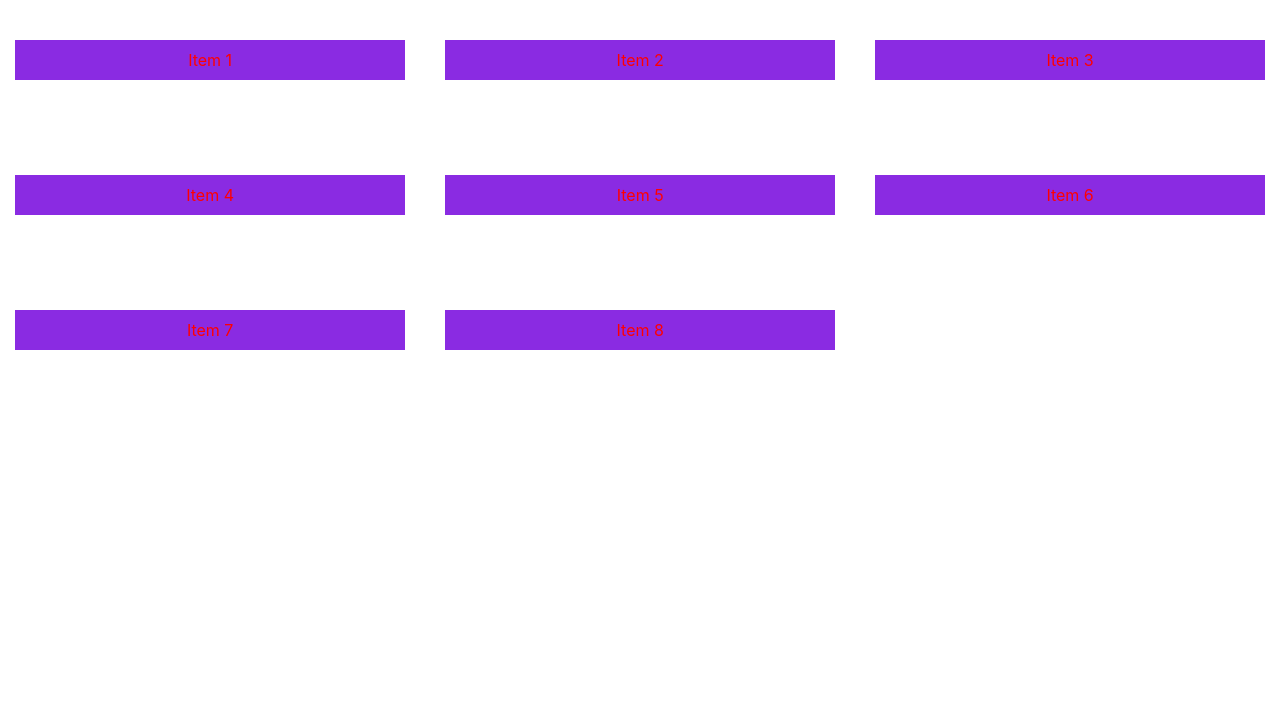
Repository: thai-shriya/anxiety-tracker
Page: /
An editor plug-in stored every save of this project. The page is shown before and after the next save, followed by the edit.
The browser window is 1280 px wide. The pictures show the whole page.
The project was rebuilt for these pictures with package versions that can differ from the ones it lists, and the page was loaded fresh each time.

Above is the page before, as saved 2024-04-22 14:58:53.

After the next save:
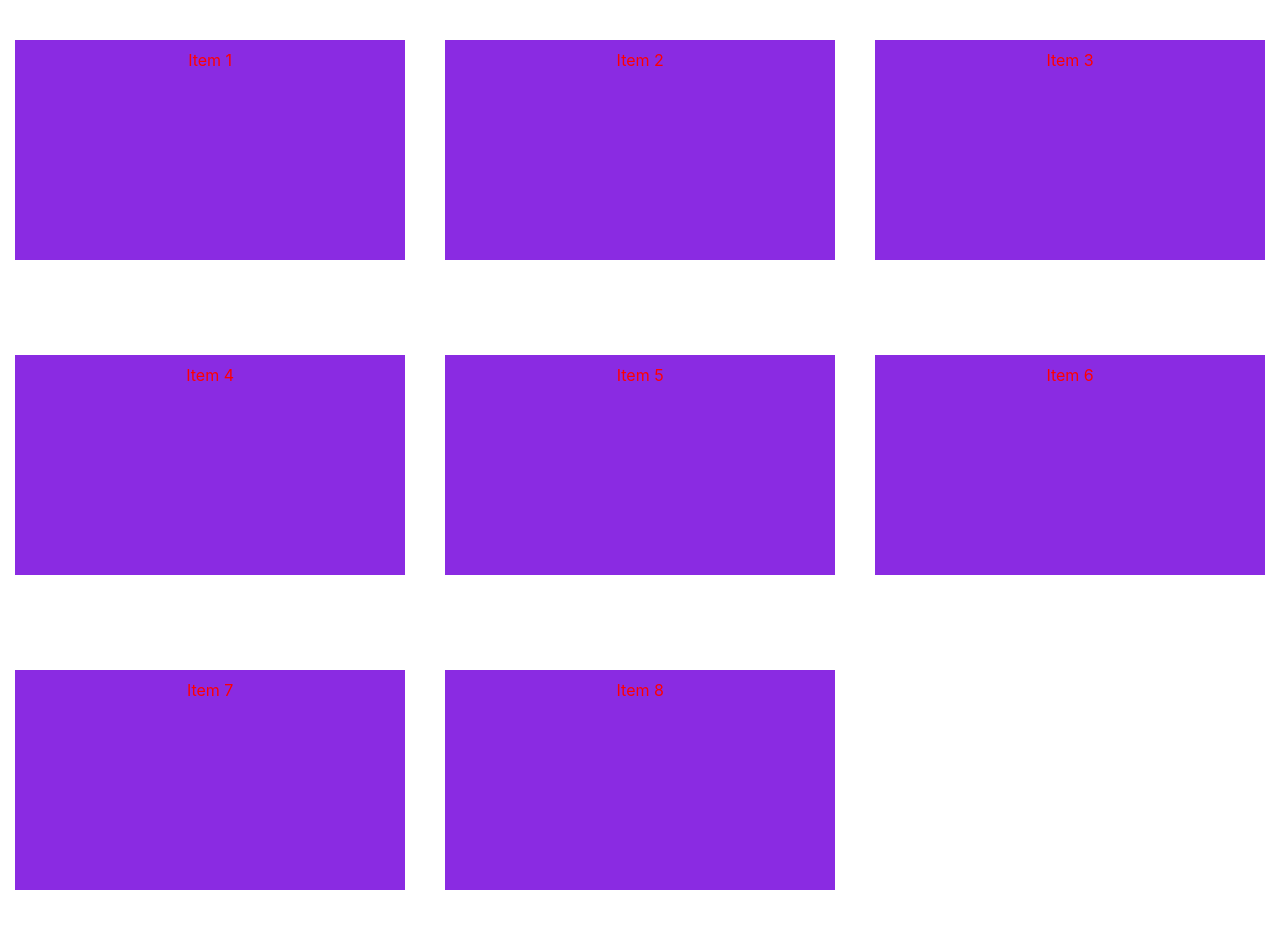
Saved 11 s later.
--- a/src/App.css
+++ b/src/App.css
@@ -12,4 +12,5 @@
   border: 1px red;
   background-color:blueviolet;
   margin: 40px 15px 40px 15px;
+  height: 200px;
 }
